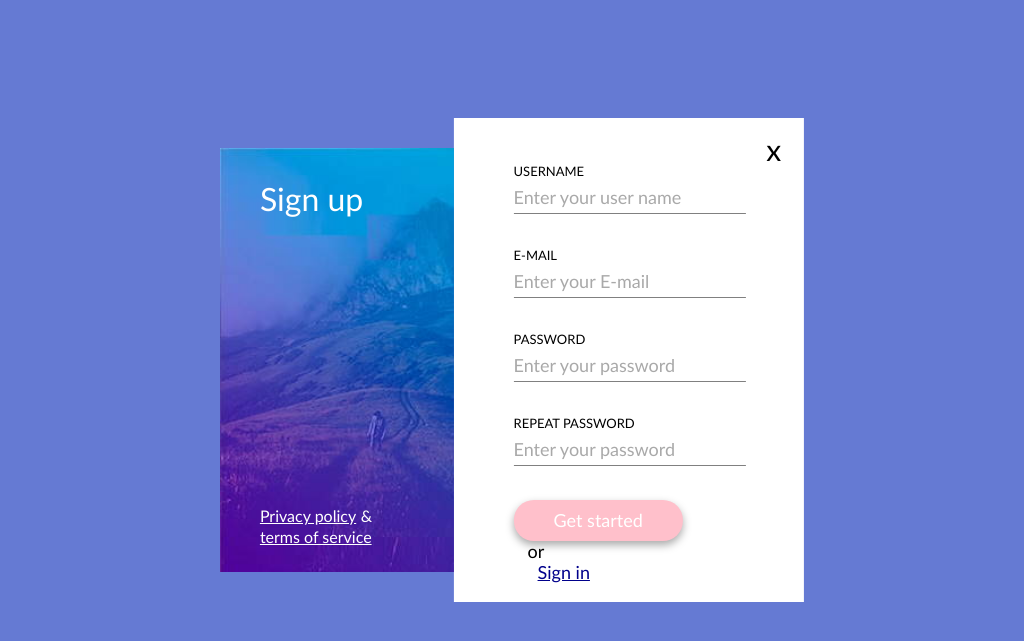
Repository: motiejus1/11-paskaita-adobexd-registracija
Page: index.html
The author's editor kept a copy of each file at every save. The page is drawn from the files as they stood at one save, then again after a run of saves.
The browser window is 1024 px wide. The pictures show the whole page.

Above is the page before, as saved 2021-06-21 18:22:34.

After the next 2 saves:
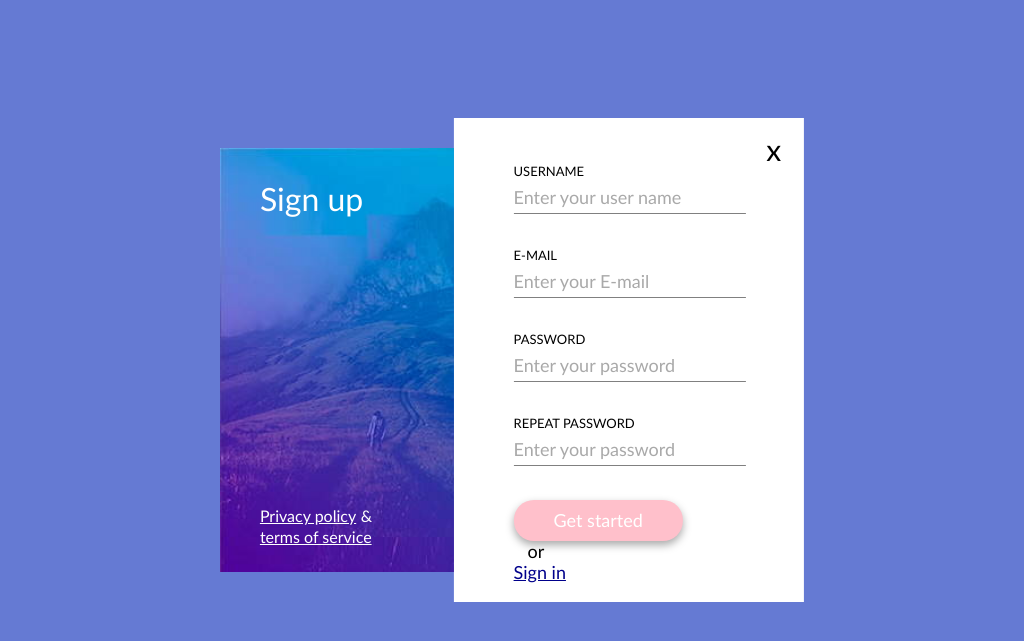
The 2 saves are shown as one change because they came seconds apart.
The last was saved 27 s later.
--- a/index.html
+++ b/index.html
@@ -185,6 +185,10 @@
             .right-column-bottom-action a {
                 display:block;
             }
+
+            .right-column-bottom-action a {
+                padding-left: 0;
+            }
         }
 
     </style>
